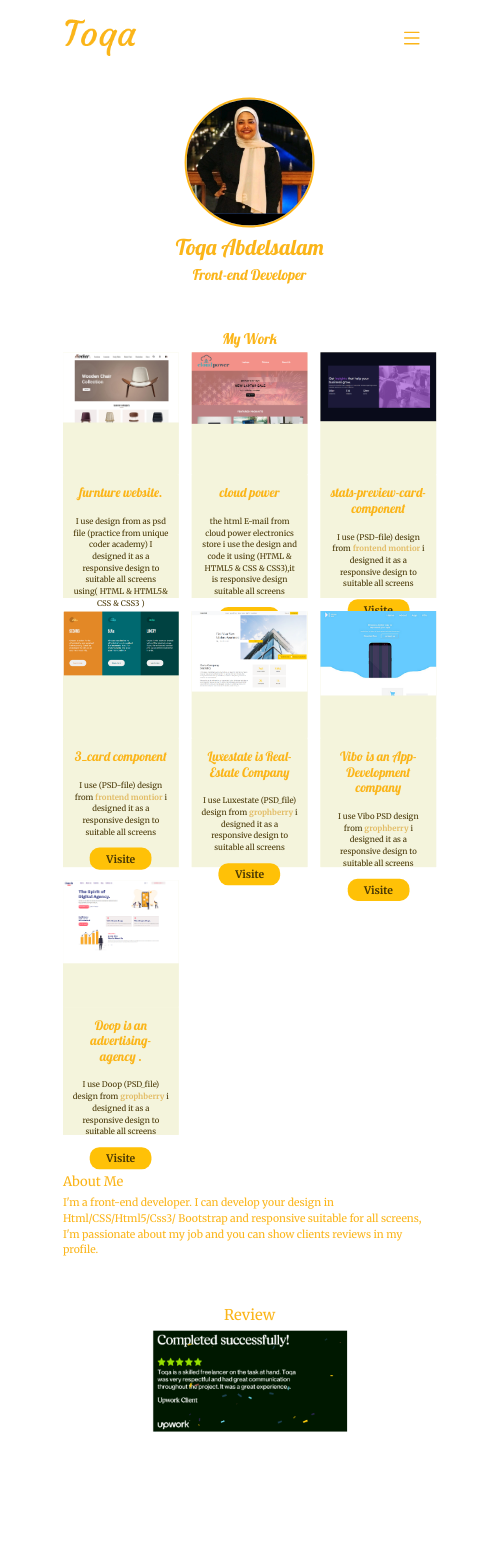
Repository: Toqa-25/portfolio
Page: index.html
These files come from the project's save history. The page is drawn as it stood at one moment and after the next save; the edit follows.
The browser window is 768 px wide. The pictures show the whole page, at 65% of full size.
Some web fonts or font styles are not loaded; a fallback is used.

Above is the page before, as saved 2021-11-01 04:05:50.

### index.html
<!DOCTYPE html>
<html lang="en">
<head>
    <meta charset="UTF-8">
    <meta http-equiv="X-UA-Compatible" content="IE=edge">
    <meta name="viewport" content="width=device-width, initial-scale=1.0">
    <title>Toqa Portfolio</title>
      <!-- bootstrap file -->
      <link rel="stylesheet" href="css/all.min.css">
      <link rel="stylesheet" href="css/bootstrap.css">
      <!-- css file -->
      <link rel="stylesheet" href="css/style.css">
      <!-- fonts -->
      <link rel="preconnect" href="https://fonts.googleapis.com">
<link rel="preconnect" href="https://fonts.gstatic.com" crossorigin>
<link href="https://fonts.googleapis.com/css2?family=Lobster&family=Otomanopee+One&display=swap" rel="stylesheet">
<link rel="preconnect" href="https://fonts.googleapis.com">
<link rel="preconnect" href="https://fonts.gstatic.com" crossorigin>
<link href="https://fonts.googleapis.com/css2?family=Merriweather:ital,wght@0,300;0,400;0,700;0,900;1,300;1,400;1,700;1,900&display=swap" rel="stylesheet">
<link rel="preconnect" href="https://fonts.googleapis.com">
<link rel="preconnect" href="https://fonts.gstatic.com" crossorigin>
<link href="https://fonts.googleapis.com/css2?family=Bebas+Neue&family=Oswald:wght@200;300;400;500;600;700&display=swap" rel="stylesheet">
<link rel="preconnect" href="https://fonts.googleapis.com">
<link rel="preconnect" href="https://fonts.gstatic.com" crossorigin>
<link href="https://fonts.googleapis.com/css2?family=Montserrat:wght@100;200;300;400;500;600;700;800;900&family=PT+Sans:ital,wght@0,400;0,700;1,700&family=Roboto:wght@100;300;400;500;700;900&display=swap" rel="stylesheet">
</head>
<body>
        <!-- header section -->
    <header class="pad">
       <div class="container">
         <div class="header-content">
           <div class="header-logo">
             <img src="images/logo.png" alt="logo">
           </div>
           <div class="bar">
             <svg xmlns="http://www.w3.org/2000/svg" width="35" height="35" fill="#fbb519" class="bi bi-list" viewBox="0 0 16 16">
               <path fill-rule="evenodd" d="M2.5 12a.5.5 0 0 1 .5-.5h10a.5.5 0 0 1 0 1H3a.5.5 0 0 1-.5-.5zm0-4a.5.5 0 0 1 .5-.5h10a.5.5 0 0 1 0 1H3a.5.5 0 0 1-.5-.5zm0-4a.5.5 0 0 1 .5-.5h10a.5.5 0 0 1 0 1H3a.5.5 0 0 1-.5-.5z"/>
             </svg>
              <ul class="hidden-list unlist list">
              <li id="">About me</li>
              <li>Work</li>
              <li>Services</li>
              <li>Contact me</li>
              <li>Reviews</li>
            </ul>
           </div>
           <div class="header-nav">
             <ul class="list unlist">
                 <li>About me</li>
                 <li>Work</li>
                 <li>Services</li>
                 <li>Contact me</li>
                 <!-- <li>Reviews</li> -->
             </ul>

           </div>
         </div>
         </div>
        </header><!-- end header section -->
        <!-- information  section -->
    <section  class="inform pad">
      <div class="main-inform " role="main">
        <div class="inform-info">
        <img src="images/toqa.jpg" alt=""><br>
        <h1>Toqa Abdelsalam</h1>
        <h4>Front-end Developer</h4>
      </div>
      </div>
    </section> <!-- end information  section -->

      <!-- my-work  section -->
      <section class="pad work">
        <div class="container">
          <h4 class="work-head">My Work</h4>
          <div class="work-content">
              <div class="work-card" role="menu">
        <div class="card-img">
          <img src="images/my-work/furnture/desktop_unique-templete-2_index.html.png" alt="">
        </div>
        <div class="card-info">
          <h5 class="card-title">furnture website.</h5>
          <p class="card-info-text doop-text">I use  design from as psd file (practice from unique coder academy)
            I designed it as a responsive design to suitable all screens using( HTML & HTML5& CSS & CSS3 ) <br>
         </p>
      <button class="card-button"><a href="https://toqa-25.github.io/unique-templete-2/">Visite</a></button>
        </div>
     </div>
              <div class="work-card" role="menu">
        <div class="card-img">
          <img src="images/my-work/html-email-1/desktop_html-email-1_.png" alt="">
        </div>
        <div class="card-info">
          <h5 class="card-title">cloud power</h5>
          <p class="card-info-text doop-text"> the html E-mail from cloud power electronics store
            i use the design and code it using (HTML & HTML5 & CSS & CSS3),it is responsive design suitable all screens
          </p>

      <button class="card-button"><a href="https://toqa-25.github.io/html-email-1/">Visite</a></button>
        </div>
     </div>
      <div class="work-card" role="menu">
        <div class="card-img">
          <img src="images/my-work/preview-card/desktop_stats-preview-card-component-main_.png" alt="">
        </div>
        <div class="card-info">
          <h5 class="card-title">stats-preview-card-component </h5>
          <p class="card-info-text"> I use  (PSD-file) design from <span> <a href="https://www.frontendmentor.io/">frontend montior</a></span>
        i designed it as a responsive design to suitable all screens
         </p>
      <button class="card-button"><a href="https://toqa-25.github.io/stats-preview-card-component-main/">Visite</a></button>
        </div>
 </div>
      <div class="work-card" role="menu">
        <div class="card-img">
          <img src="images/my-work/3-card-component/desktop_3-cards-component_.png" alt="">
        </div>
        <div class="card-info">
          <h5 class="card-title">3_card component </h5>
          <p class="card-info-text"> I use  (PSD-file) design from <span> <a href="https://www.frontendmentor.io/">frontend montior</a></span>
        i designed it as a responsive design to suitable all screens
         </p>
      <button class="card-button"><a href="https://toqa-25.github.io/3-cards-component/">Visite</a></button>
        </div>
 </div>
      <div class="work-card" role="menu">
        <div class="card-img">
          <img src="images/my-work/luxestate/destop-luxestate - Copy (1).png" alt="">
        </div>
        <div class="card-info">
          <h5 class="card-title">Luxestate is Real-Estate Company  </h5>
          <p class="card-info-text">I use Luxestate (PSD_file) design from <span> <a href="https://www.graphberry.com/">grophberry</a></span>
    i designed it as a responsive design to suitable all screens
         </p>
      <button class="card-button"><a href="https://toqa-25.github.io/luxstate-project-/">Visite</a></button>
        </div>
 </div>
      <div class="work-card" role="menu">
        <div class="card-img">
          <img src="images/my-work/vibo/Vibo_App(desktop)_toqa-25.github.io2.png" alt="">
        </div>
        <div class="card-info">
          <h5 class="card-title">Vibo is an App-Development company</h5>
          <p class="card-info-text">I use Vibo PSD design from <span> <a href="https://www.graphberry.com/">grophberry</a></span>
                  i designed it as a responsive design to suitable all screens
         </p>
      <button class="card-button"><a href="https://toqa-25.github.io/vibo-app/">Visite</a></button>
        </div>
 </div>
      <div class="work-card" role="menu">
        <div class="card-img">
          <img src="images/my-work/simple/web_design.png" alt="">
        </div>
        <div class="card-info">
          <h5 class="card-title">Doop is an advertising-agency .</h5>
          <p class="card-info-text doop-text">I use Doop (PSD_file) design from <span> <a href="https://www.graphberry.com/">grophberry</a></span>
            i designed it as a responsive design to suitable all screens
         </p>
      <button class="card-button"><a href="https://toqa-25.github.io/simply-agency/">Visite</a></button>
        </div>
     </div>
      <!-- <div class="work-card" role="menu">
        <div class="card-img">
          <img src="images/my-work/landing-meeting-page/toqa-25.github.io_landing-meeting-page_desktop.png" alt="">
        </div>
        <div class="card-info">
          <h5 class="card-title">Metting landing page.</h5>
          <p class="card-info-text doop-text">I use  design from <span> <a href="https://www.frontendmentor.io/">frontendmentor</a></span>
i designed it as a responsive design to suitable all screens <br>
         </p>
      <button class="card-button"><a href="https://toqa-25.github.io/landing-meeting-page/">Visite</a></button>
        </div>
     </div> -->

   </div>
   </div>
      </section>
      <!-- about-me  section -->
      <section class="pad about">
        <div class="container">
        <h5 for="">About Me</h5>
        <p> I'm a front-end developer. I can develop your design in Html/CSS/Html5/Css3/ Bootstrap and responsive suitable for all screens, I'm passionate about my job and you can show clients reviews in my profile. </p>
        </div>
      </section>
      <!-- my-review  section -->
      <section class="pad review">
        <div class="container">
          <h4 class="work-head">Review</h4>
          <div class="review-content">
            <div class="review-img">
              <img src="images/my-work/up-work/Untitled.png" alt="">
            </div>
          </div>
        </div>
      </section>

</body>
</html>

### css/style.css
/*
    public style
***********************
*/
:root{
    --main-color:#fbb519;
    --section-padding:30px;
}
* {
    box-sizing: border-box;
    margin: 0;
    padding: 0;
}
body{
    font-family: 'Merriweather', serif;
    color:var(--main-color);
}
.pad{
    padding: var(--section-padding) 0;
}
.container
{
  width: 80%;
  margin:auto;
  padding: 0 20px;
}

 .unlist{
     list-style: none;
 }
 a{
     text-decoration: none;
 }
/*
    header style
***********************
*/
 header{
    font-family: 'Lobster', cursive;
 }
 .header-content{
    display: flex;
}
.header-logo{
    width:50%;
}
.bar{
    position: relative;
    display: none;
    margin: auto 20px;
     transition: .2s;
     cursor: pointer;
     width: 50%;
    /* text-align: right; */
    justify-content: flex-end;
}
 .header-nav{
   min-width: 50%;
    display: flex;
    justify-content: flex-end;
 }
 .header-nav .list{
     width: 100%;
     display: flex;
     justify-content: space-between;
     align-items: center;
     padding: 17px;
 }
  .list li{
     font-size: 20px;
     transition: .2s;
     -webkit-transition: .2s;
     -moz-transition: .2s;
     -ms-transition: .2s;
     -o-transition: .2s;
     cursor: pointer;
     margin-bottom: 2px;
    }
     .list li:hover{
        border-bottom: 2px solid var(--main-color);
    }
    .hidden-list{
         text-align: center;
         position: absolute;
         width: 120px;
         top: 3px;
         right: -70px;
         background-color: #f5f5dc91;
         padding: 10px;
         border-radius: 25px;
         -webkit-border-radius: 25px;
         -moz-border-radius: 25px;
         -ms-border-radius: 25px;
         -o-border-radius: 25px;
         transition: .2s;
         -webkit-transition: .2s;
         -moz-transition: .2s;
         -ms-transition: .2s;
         -o-transition: .2s;
         visibility: hidden;
         display: none;
}
/* media quary for header*/
 @media (max-width: 991px){
   .header-nav {
      display: none;
  }
  .bar{
      display: flex;
  }
  .bar:hover .hidden-list{
    visibility: visible;
    display: block;
  }
}
/*
    my-information&image style
  ********************************
 */
 .main-inform{
     color: var(--main-color);
    text-align: center;
    height: 300px;
    display: flex;
    align-items: center;
    justify-content: center;
    font-family: 'Lobster', cursive;
}
.main-inform img{
    width: 200px;
    height: 200px;
    border:3px solid;
    border-radius: 50%;
    -webkit-border-radius: 50%;
     -moz-border-radius: 50%;
     -ms-border-radius: 50%;
     -o-border-radius: 50%;
     margin-bottom: 10px;
    }
/*
    my-work style
********************************
*/
.work{
text-align: center;
}
 .work-content{
    display: grid;
    grid-template-columns:repeat(3,1fr);
    grid-template-rows: minmax(1fr,350px);
    gap:20px;
 }
 .work .work-head{
    text-align: center;
    font-family: 'Lobster';
 }
 .work-card{
 background-color: #f5f5dce8;
 }
 .card-img{
     width:100%;
     height:50%;
     background-color: #f5f5dce8;
 }
 .card-img img{
     width:100%;
     max-height: 100%;
     transition: .2s;
     -webkit-transition: .2s;
     -moz-transition: .2s;
     -ms-transition: .2s;
     -o-transition: .2s;
}

 .card-img img:hover{
   transform: scale(1.1);
   -webkit-transform: scale(1.1);
   -moz-transform: scale(1.1);
   -ms-transform: scale(1.1);
   -o-transform: scale(1.1);
}
 .card-info{
     display: flex;
    flex-direction: column;
    justify-content: space-between;
     text-align: center;
     width: 100%;
     height: 50%;
    background-color: #f5f5dce8;
    padding: 15px;
 }
 .card-title{
         font-family: 'Lobster', cursive;
 }

.card-info-text{
    margin:15px 0;
    font-size: 12px;
    font-weight: 400;
    /* padding: 2px; */
    text-align: center;
    color:#483705;
}
.card-info-text a{
    text-decoration: none;
    color: #e2bc66;
    font-weight: bolder;
}
/* .card p{
  margin:15px 0 ;
} */

.card-button{
    width: 95px;
    text-align: center;
    background-color: #ffc107;
     color:#483705;
    border: none;
    margin: 0 auto;
    border-radius: 15px;
    padding: 5px;
    /*margin-top: 7px; */
    transition: .2s;
    -webkit-transition: .2s;
    -moz-transition: .2s;
    -ms-transition: .2s;
    -o-transition: .2s;
    font-weight: bold;
}
.card-button:hover{
     transform: scale(1.1);
     -webkit-transform: scale(1.1);
      -moz-transform: scale(1.1);
      -ms-transform: scale(1.1);
       -o-transform: scale(1.1);
}
.card-button a{
    text-decoration: none;
    color: #483705;
}
/* media quary for work style */

@media(max-width:991px)
/*
    about style
********************************
*/
.about{
    text-align: center;

}
/*
    review style
********************************
*/
.review{
    text-align: center;
}
.review-content{
    margin:auto;
}
.review-img{
    width:300px;
    height: 300px;
    margin: auto;
}
.review-img img{
    max-width: 100%;
}

/*
media quary style
***************************************
//extra small devices @media (maxwidth:575px)
//small devices @media (maxwidth:767px)
//medium devices @media (maxwidth:991px)
//large devices @media (maxwidth:1199px)
*/

Loaded but not shown: css/all.min.css (library); css/bootstrap.css (library)

After the next save:
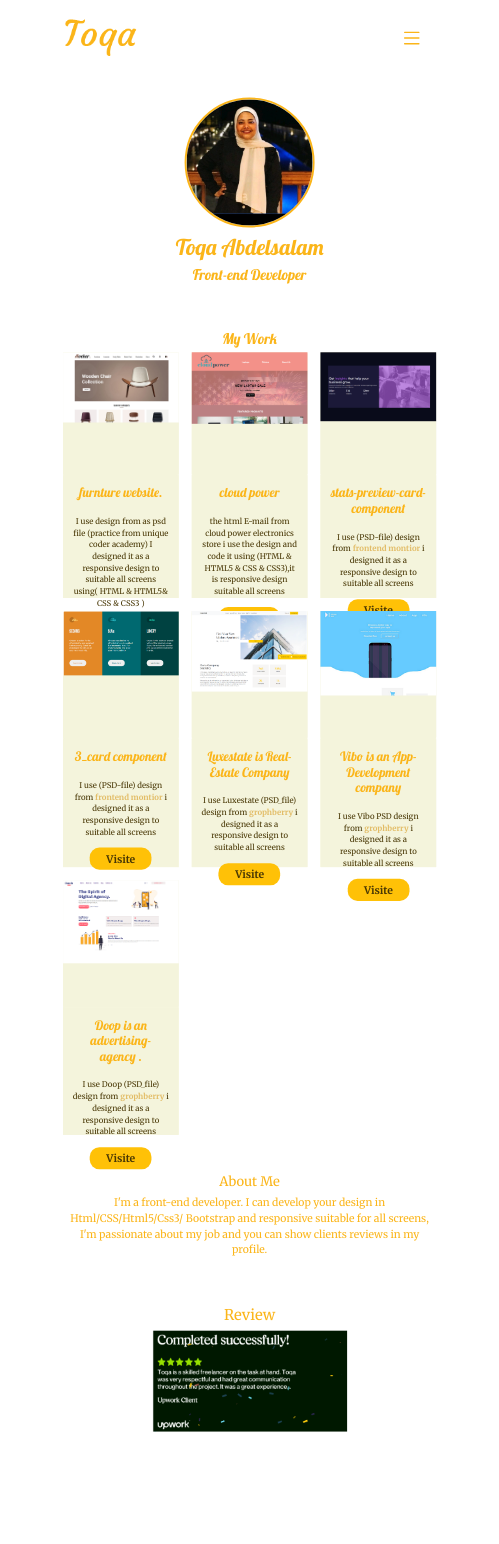
Saved 4 s later.
--- a/css/style.css
+++ b/css/style.css
@@ -240,7 +240,9 @@ text-align: center;
 }
 /* media quary for work style */
 
-@media(max-width:991px)
+@media(max-width:991px){
+
+}
 /*
     about style
 ********************************
